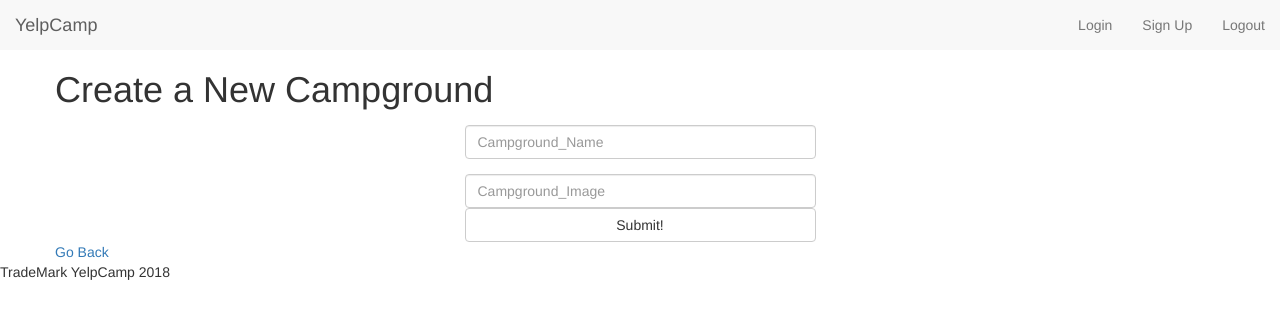
Repository: Kushagrakmr/c9backup
Page: http://localhost/campgrounds/new
The author's editor kept a record of every edit. The page is drawn from the files as they stood at one moment, then again after the next edit.
The browser window is 1280 px wide. The pictures show the whole page.
The page is served by the project's Node server (YelpCamp/v1/app.js).

Above is the page before.

### YelpCamp/v1/views/new.ejs
<% include partials/header %>

 <div class="container" >
  <div class="row">
   <h1>Create a New Campground</h1>
   <div style= "width:30%; margin: 0 auto;">
    <form action = "/campgrounds" method= "POST">
     <div class="form-group">

     </div>
     <div class="form-group">
       <input class = "form-control" type = "text" name="name" placeholder = "Campground_Name">
     </div>
     <div class="form-group">

     </div>
       <input class= "form-control" type = "text" name="image" placeholder = "Campground_Image">
       <button class="btn btn-ld btn-default btn-block">Submit!</button>
    </form>
   </div>

   <a href="/campgrounds">Go Back</a>
  </div>
 </div>


 <% include partials/footer %>

### YelpCamp/v1/views/partials/header.ejs
<!DOCTYPE html>
<html>
    <head>
        <title>Yelp Camp</title>
        <link rel="stylesheet" href= "https://stackpath.bootstrapcdn.com/bootstrap/3.3.5/css/bootstrap.min.css">
    </head>
    <body>

<nav class="nav navbar-default">
     <div class = "conatainer-fluid">
         <div class-"navbar-header">
             <a class= "navbar-brand" href= "/">YelpCamp</a>
         </div>
         <div class="collapse navbar-collapse">
             <ul class = " nav navbar-nav navbar-right">
                 <li><a href="/">Login</a></li>
                 <li><a href="/">Sign Up</a></li>
                 <li><a href="/">Logout</a></li>

             </ul>
         </div>
     </div>
 </nav>

### YelpCamp/v1/views/partials/footer.ejs
       <p> TradeMark YelpCamp 2018</p>
    </body>
</html>

### YelpCamp/v1/app.js
var express = require("express");
var app = express();
var bodyParser = require("body-parser");

app.use(bodyParser.urlencoded({extended : true}));
app.set("view engine", "ejs");

var campgrounds = [
        {name: "Laddakh", image: "https://c1.staticflickr.com/1/231/446876174_e15ca57e05_o.jpg"},
        {name: "Sikkim",  image: "https://c2.staticflickr.com/6/5581/14860971851_4362334b72_b.jpg"},
        {name: "Minnisota", image: "https://c2.staticflickr.com/4/3915/15158046300_56b40456af_b.jpg"},
        {name: "Hills",  image: "https://c2.staticflickr.com/6/5581/14860971851_4362334b72_b.jpg"},
        {name: "Mountains", image: "https://c2.staticflickr.com/4/3915/15158046300_56b40456af_b.jpg"},
        {name: "Valley", image: "https://c1.staticflickr.com/1/231/446876174_e15ca57e05_o.jpg"},
        {name: "Darzeeling", image: "https://c2.staticflickr.com/4/3915/15158046300_56b40456af_b.jpg"},
        {name: "Nepal",  image: "https://c2.staticflickr.com/6/5581/14860971851_4362334b72_b.jpg"},
        {name: "Laddakh", image: "https://c1.staticflickr.com/1/231/446876174_e15ca57e05_o.jpg"},
        {name: "Sikkim",  image: "https://c2.staticflickr.com/6/5581/14860971851_4362334b72_b.jpg"},
        {name: "Darzeeling", image: "https://c2.staticflickr.com/4/3915/15158046300_56b40456af_b.jpg"},
        {name: "Sikkim",  image: "https://c2.staticflickr.com/6/5581/14860971851_4362334b72_b.jpg"},
        {name: "Darzeeling", image: "https://c2.staticflickr.com/4/3915/15158046300_56b40456af_b.jpg"},
        {name: "Darzeeling", image: "https://c2.staticflickr.com/4/3915/15158046300_56b40456af_b.jpg"}
    ];

app.get("/",function(request, response){
    response.render("landing");
});

app.get("/campgrounds",function(request, response){


    response.render("campgrounds",{campgrounds_app:campgrounds});
});

app.post("/campgrounds",function(request, response){
    //get data from form and add to the array
    var name = request.body.name;
    var image = request.body.image;
    var newCampground = {name: name, image:image};
    campgrounds.push(newCampground);
    //redirect
    response.redirect("/campgrounds")
});

app.get("/campgrounds/new", function(request, response) {
    response.render("new.ejs");
});


app.listen(process.env.PORT, process.env.IP, function(){
    console.log("The Yelp Camp Server Has Started");
});

After the next edit:
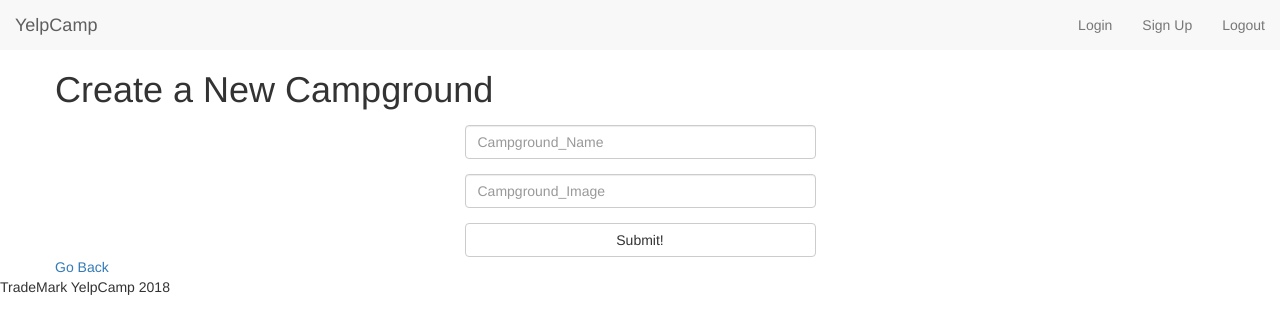
The edit:
--- a/YelpCamp/v1/views/new.ejs
+++ b/YelpCamp/v1/views/new.ejs
@@ -12,9 +12,8 @@
        <input class = "form-control" type = "text" name="name" placeholder = "Campground_Name">
      </div>
      <div class="form-group">
-
+       <input class= "form-control" type = "text" name="image" placeholder = "Campground_Image">
      </div>
-       <input class= "form-control" type = "text" name="image" placeholder = "Campground_Image">
        <button class="btn btn-ld btn-default btn-block">Submit!</button>
     </form>
    </div>
